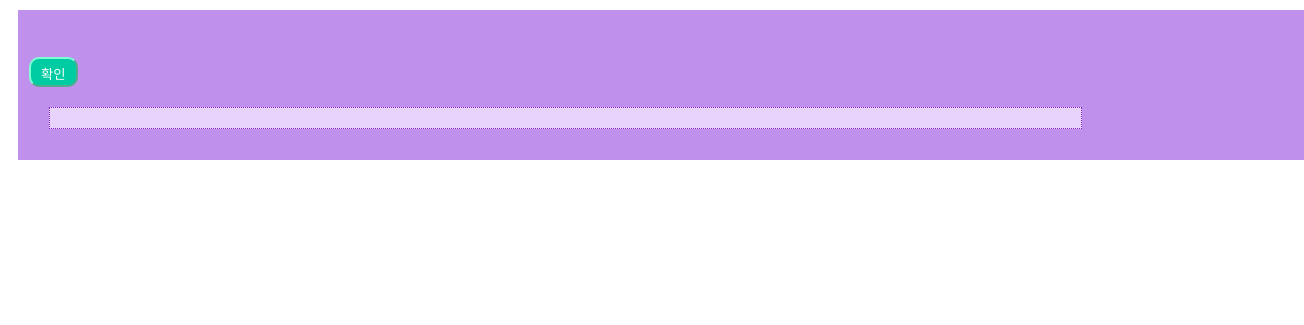
Repository: jinsoo115/jquery
Page: jqpro/WebContent/0202/dataType.html
These files come from the project's save history. The page is drawn as it stood at one moment and after the next save; the edit follows.
The browser window is 1280 px wide. The page is 1304 px wide, so the pictures cover 1304 px, including what lies to the right of the window. The pictures show the whole page.

Above is the page before, as saved 2021-02-02 00:40:54.

After the next save:
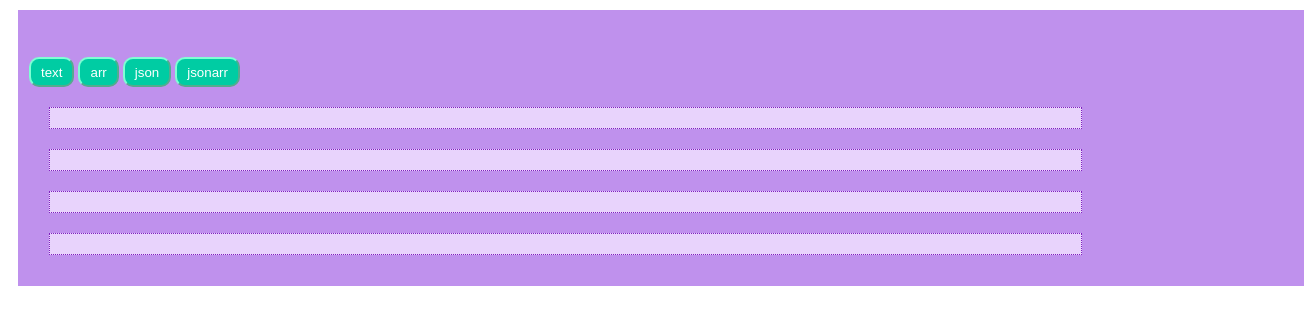
Saved 88 s later.
--- a/jqpro/WebContent/0202/dataType.html
+++ b/jqpro/WebContent/0202/dataType.html
@@ -18,9 +18,15 @@
 
 <br><br>
 
-<input type="button" value="확인" onclick="proc1()">
+<input id="text" type="button" value="text">
+<input id="arr" type="button" value="arr">
+<input id="json" type="button" value="json">
+<input id="jsonarr" type="button" value="jsonarr">
 
 <div id="result1"></div>
+<div id="result2"></div>
+<div id="result3"></div>
+<div id="result4"></div>
 </div>
 </body>
 </html>
